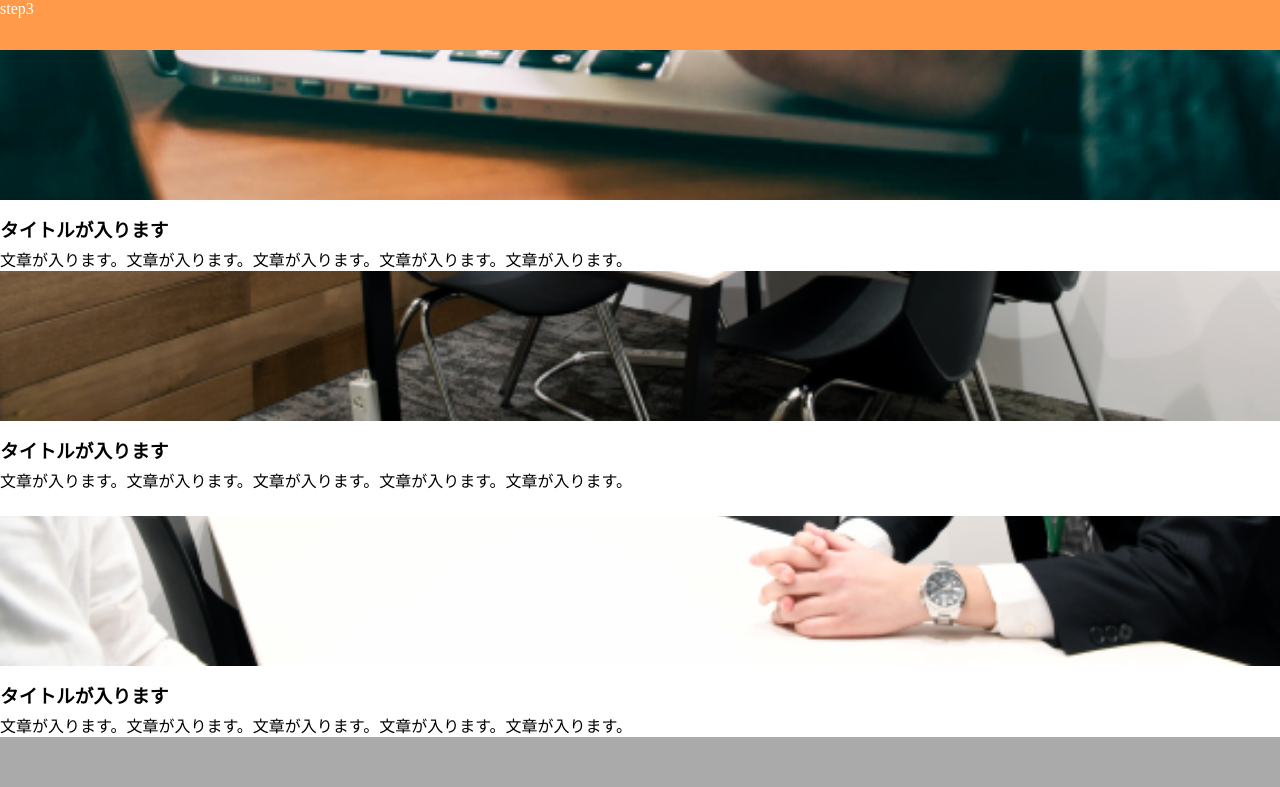
Repository: trmtmy/debug2
Page: chapter9/chapter9.html
The author's editor kept a record of every edit. The page is drawn from the files as they stood at one moment, then again after the next edit.
The browser window is 1280 px wide. The pictures show the whole page.
Some web libraries are served in a nearby version.

Above is the page before.

### chapter9/chapter9.html
<!DOCTYPE html>
<html lang="ja">
  <head>
    <meta charset="UTF-8" />
    <!-- FontAwesomeの読み込み -->
    <script src="https://kit.fontawesome.com/0393e2e04e.js" crossorigin="anonymous"></script>
    <!-- CSSファイルの読み込み -->
    <link rel="stylesheet" href="chapter9.css" />
    <title>9章</title>
  </head>

  <body>

<header>
  <div class="header"></div>
</header>

<div class="main">
  <div class="box1">
    <div class="img1"></div>
    <span class="step">step1</span>
    <h3 class="title">タイトルが入ります</h3>
    <p class="text">文章が入ります。文章が入ります。文章が入ります。文章が入ります。文章が入ります。</p>
  </div>

  <div class="box2">
    <div class="img2"></div>
    <span class="step">step2</span>
    <h3 class="title">タイトルが入ります</h3>
    <p class="text">文章が入ります。文章が入ります。文章が入ります。文章が入ります。文章が入ります。</p>
  </div>
  </div>

  <div class="box3">
  　 <div class="img3"></div>
    <span class="step">step3</span>
    <h3 class="title">タイトルが入ります</h3>
    <p class="text">文章が入ります。文章が入ります。文章が入ります。文章が入ります。文章が入ります。</p>
  </div>
  </div>

</main>

<footer>
  <div class="footer">

  </div>
</footer>

  </body>
</html>

<a href="mailto:"></a>

### chapter9/chapter9.css
*{
  margin: 0;
  padding:  0;
  box-sizing: border-box;
}

header {
  background-color: #FF9A4B;
  height: 50px;
}

main {
width: 960px;
margin: 50px auto;
display: flex;
}

.box {
  width: 300px;
  margin-right: 30px;
  padding: 10px;
  position: relative;
  background-color: #EEEEEE;
}

.box:last-child {
  margin-right: 0;
}



.img1 {
  height: 150px;
  background-image: url(flow01.png);
  background-size: cover;
  background-position: bottom;
}


.img2 {
  height: 150px;
  background-image: url(flow02.png);
  background-size: cover;
  background-position: bottom;
}

.img3 {
  height: 150px;
  background-image: url(flow03.png);
  background-size: cover;
  background-position: bottom;
}

.step {
  position: absolute;
  top: 0;
  left: 0;
  background-color: #ff9a4b;
  color: #fff;
}

.title {
  margin: 15px 0 5px;
}

.footer {
  background-color: #AAAAAA;
  height: 50px;
}

@media screen and (max-width: 768px) {

  header {
    width: 100%;
  }

  main {
    width: 100%;
  display: block;
  margintop: 50px;

  }

  .box {
    width: 90%;
    margin: 0 auto;

  }

  .img1 {
    width:100%;
    height: 150px;

  }
  .img2 {
    width: 100%;
    height:150px;

  }
  .img3 {
    width: 100%;
    height: 150px;

  }

  .title {
    width: 100%;
  }

  footer {
    width: 100%;
  }
}

After the next edit:
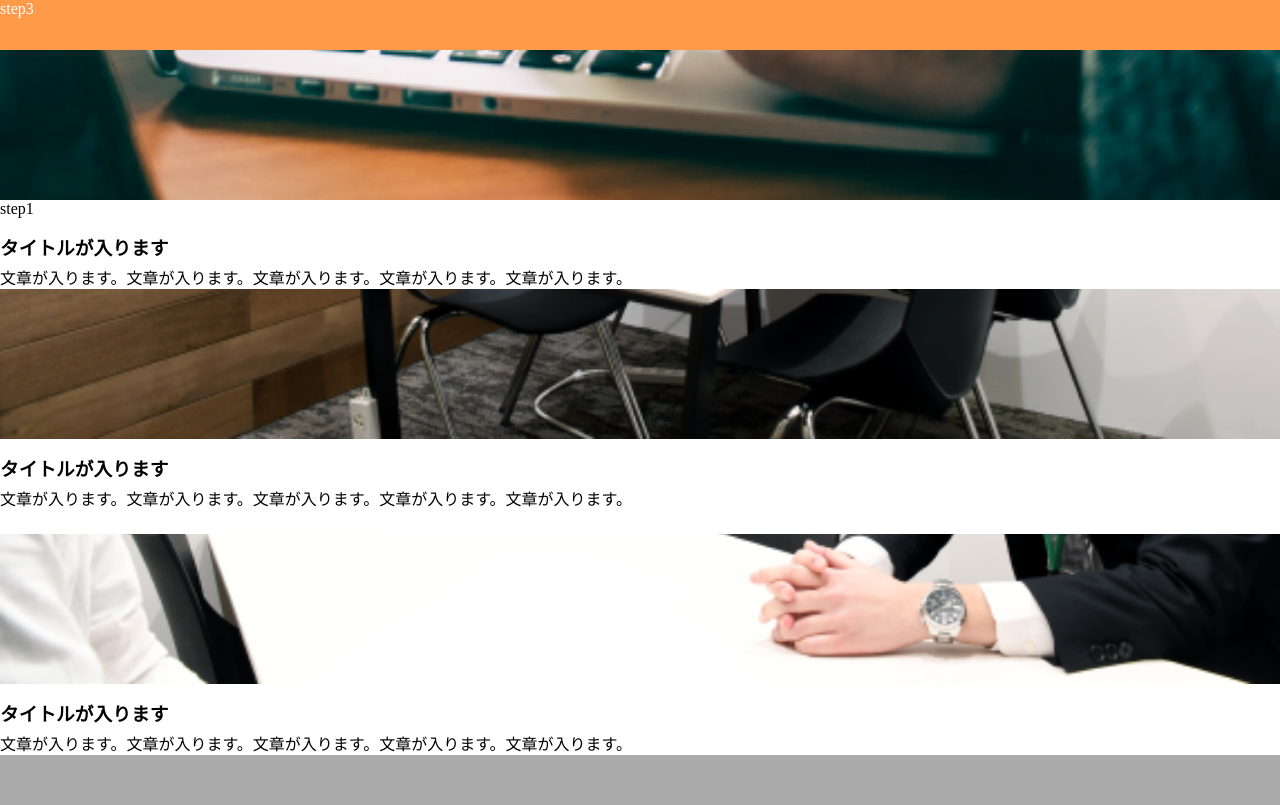
The edit:
--- a/chapter9/chapter9.html
+++ b/chapter9/chapter9.html
@@ -18,7 +18,7 @@
 <div class="main">
   <div class="box1">
     <div class="img1"></div>
-    <span class="step">step1</span>
+    <span class="step1">step1</span>
     <h3 class="title">タイトルが入ります</h3>
     <p class="text">文章が入ります。文章が入ります。文章が入ります。文章が入ります。文章が入ります。</p>
   </div>
